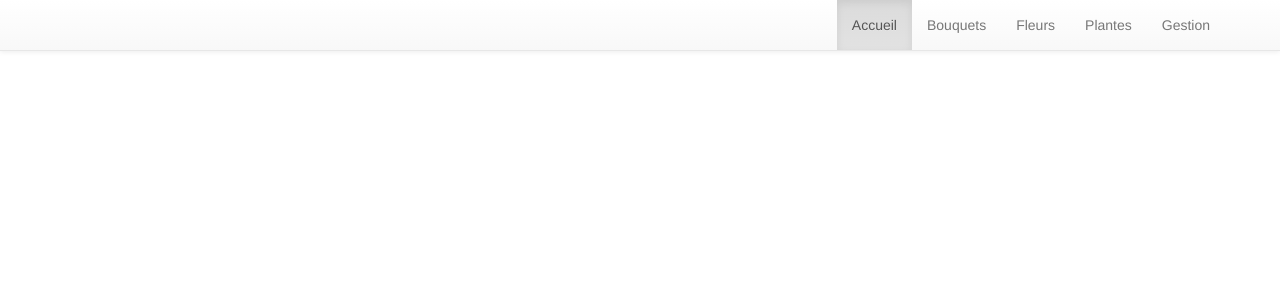
Repository: JeremT8/JavaFleuristeProject
Page: tp-fleuriste/src/main/webapp/index.html
An editor plug-in stored every save of this project. The page is shown before and after the next save, followed by the edit.
The browser window is 1280 px wide. The pictures show the whole page.
Some icons come from a web library that is not loaded, so they are not drawn. Some web libraries are served in a nearby version.

Above is the page before, as saved 2022-05-16 12:37:26.

After the next save:
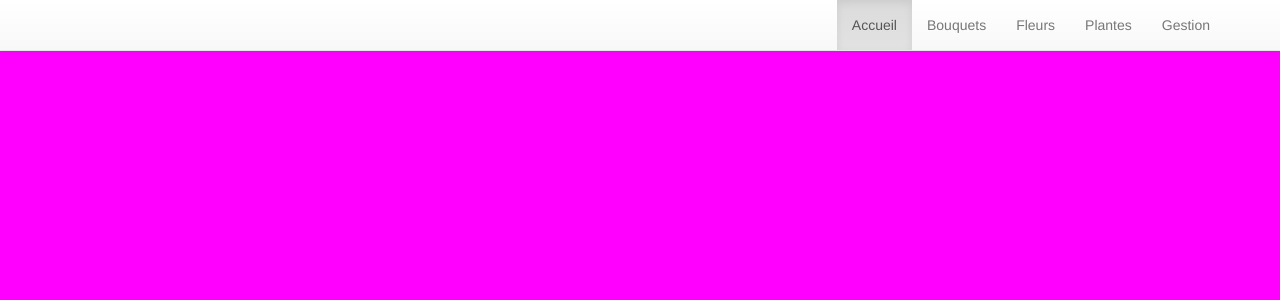
Saved 91 s later.
--- a/tp-fleuriste/src/main/webapp/css/commun.css
+++ b/tp-fleuriste/src/main/webapp/css/commun.css
@@ -1,6 +1,7 @@
 body {
 	padding-top: 70px;
 	padding-bottom: 70px;
+	background-color: #f0f;
 }
 
 .navbar-foot {

After the save that followed:
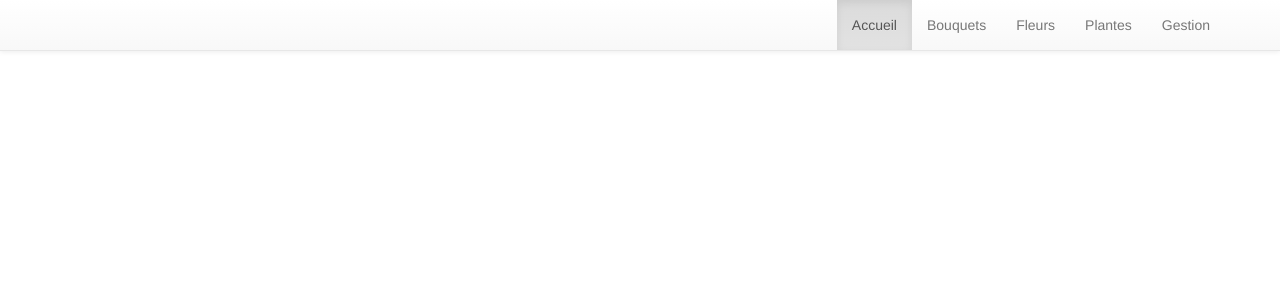
Saved 7 s later.
--- a/tp-fleuriste/src/main/webapp/css/commun.css
+++ b/tp-fleuriste/src/main/webapp/css/commun.css
@@ -1,7 +1,6 @@
 body {
 	padding-top: 70px;
 	padding-bottom: 70px;
-	background-color: #f0f;
 }
 
 .navbar-foot {
